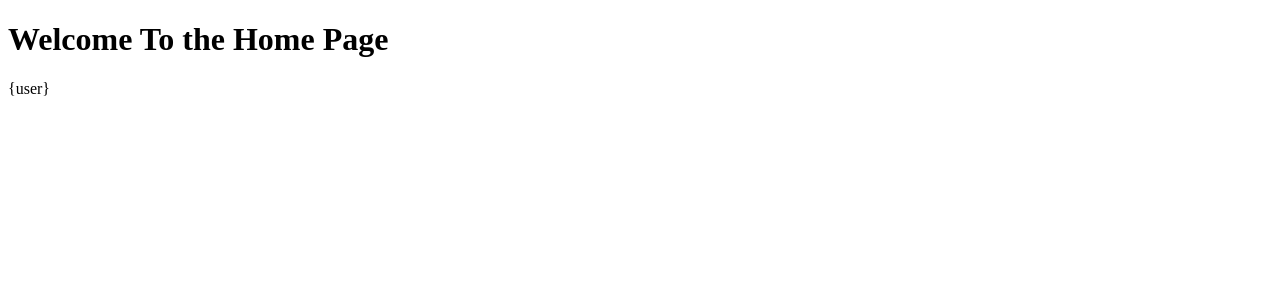
Repository: devgpta19/CDAC-Assignments
Page: http://localhost/CarVehicle/WelcomeHome.jsp
The author's editor kept a copy of each file at every save. The page is drawn from the files as they stood at one save, then again after the next save.
The browser window is 1280 px wide. The pictures show the whole page.
The page is served by Tomcat 9. Other server files are loaded and not shown.

Above is the page before, as saved 2025-12-11 07:18:27.

### Adv.Java/Prac/CarVehicle/src/main/webapp/WelcomeHome.jsp
<%@ page language="java" contentType="text/html; charset=ISO-8859-1"
    pageEncoding="ISO-8859-1"%>
<!DOCTYPE html>
<html>
<head>
<meta charset="ISO-8859-1">
<title>Insert title here</title>
</head>
<body>
	<h1>Welcome To the Home Page</h1>

	{user}
</body>
</html>

After the next save:
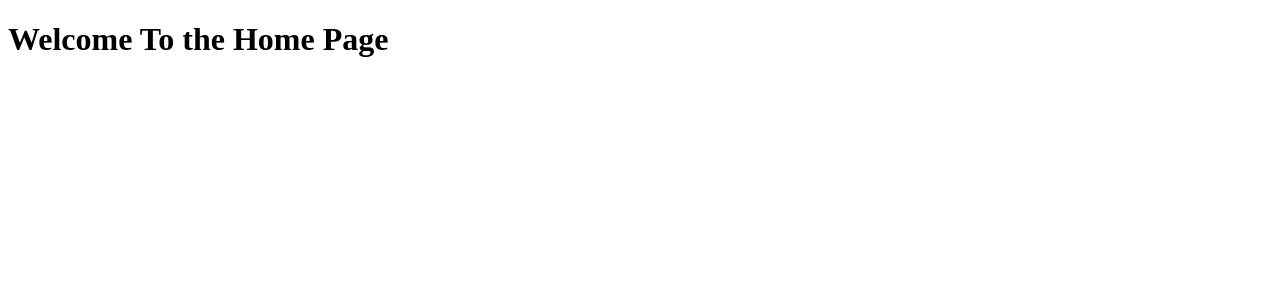
Saved 4 s later.
--- a/Adv.Java/Prac/CarVehicle/src/main/webapp/WelcomeHome.jsp
+++ b/Adv.Java/Prac/CarVehicle/src/main/webapp/WelcomeHome.jsp
@@ -9,6 +9,6 @@
 <body>
 	<h1>Welcome To the Home Page</h1>
 
-	{user}
+	${user}
 </body>
 </html>
